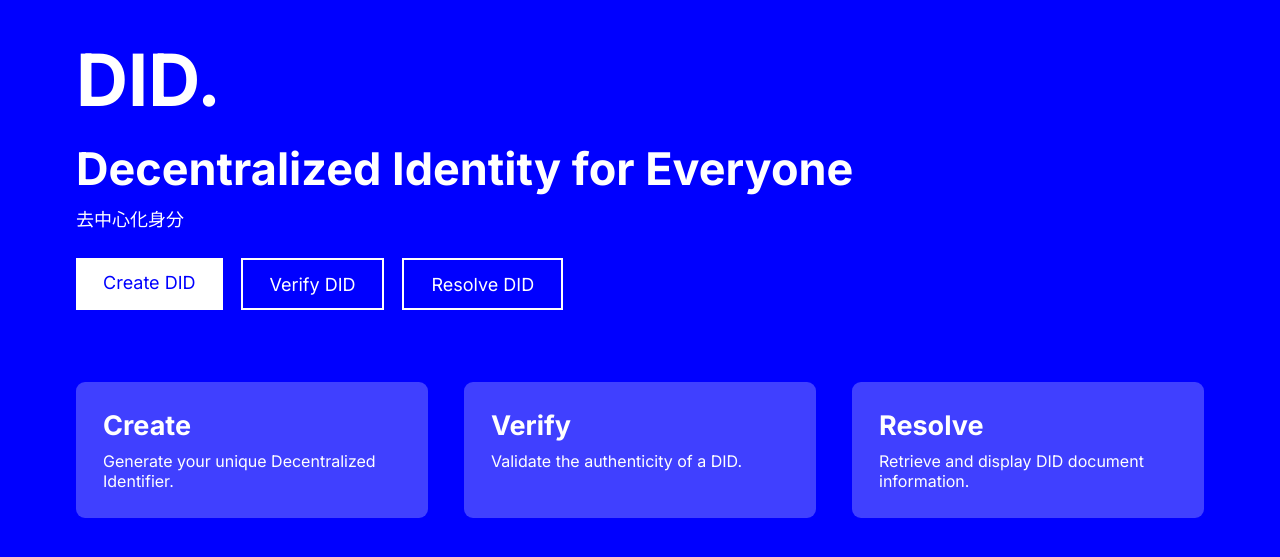
Repository: a7351220/ethr_did_demo
Page: /
An editor plug-in stored every save of this project. The page is shown before and after the next save, followed by the edit.
The browser window is 1280 px wide. The pictures show the whole page.
The project was rebuilt for these pictures with package versions that can differ from the ones it lists, and the page was loaded fresh each time. The framework's server and built-in components were replaced by stand-ins that run in the browser. Also part of the build but not shown: next.config.mjs.

Above is the page before, as saved 2024-07-09 17:04:05.

### src/app/page.tsx
// app/page.tsx
import Link from 'next/link';

export default function Home() {
  return (
    <div className="container">
      <main>
        <section className="hero">
          <h1 className="title">DID.</h1>
          <h2 className="subtitle">Decentralized Identity for Everyone</h2>
          <p className="description">去中心化身分</p>
          <div className="cta-buttons">
            <Link href="/did/create" className="cta-button primary">
              Create DID
            </Link>
            <Link href="/did/verify" className="cta-button secondary">
              Verify DID
            </Link>
            <Link href="/did/resolve" className="cta-button secondary">
              Resolve DID
            </Link>
          </div>
        </section>

        <section className="features">
          <div className="feature">
            <h3>Create</h3>
            <p>Generate your unique Decentralized Identifier.</p>
          </div>
          <div className="feature">
            <h3>Verify</h3>
            <p>Validate the authenticity of a DID.</p>
          </div>
          <div className="feature">
            <h3>Resolve</h3>
            <p>Retrieve and display DID document information.</p>
          </div>
        </section>
      </main>
    </div>
  );
}

### src/app/globals.css
/* app/globals.css */
:root {
  --primary-color: #0000ff;
  --secondary-color: #4040ff;
  --text-color: #ffffff;
  --font-size-base: 16px;
}

* {
  box-sizing: border-box;
  padding: 0;
  margin: 0;
}

html,
body {
  max-width: 100vw;
  overflow-x: hidden;
  font-family: -apple-system, BlinkMacSystemFont, Segoe UI, Roboto, Oxygen,
    Ubuntu, Cantarell, Fira Sans, Droid Sans, Helvetica Neue, sans-serif;
  font-size: var(--font-size-base);
  background-color: var(--primary-color);
  color: var(--text-color);
}

a {
  color: inherit;
  text-decoration: none;
}

.container {
  min-height: 100vh;
  padding: 2rem;
}

.hero {
  text-align: center;
  margin-bottom: 4rem;
}

.title {
  font-size: 4rem;
  margin-bottom: 1rem;
}

.subtitle {
  font-size: 2.5rem;
  margin-bottom: 0.5rem;
}

.description {
  font-size: 1rem;
  margin-bottom: 1.5rem;
}

.cta-buttons {
  display: flex;
  justify-content: center;
  gap: 1rem;
  flex-wrap: wrap;
}

.cta-button {
  padding: 0.75rem 1.5rem;
  font-size: 1rem;
  cursor: pointer;
  transition: background-color 0.3s ease;
}

.cta-button.primary {
  background-color: var(--text-color);
  color: var(--primary-color);
}

.cta-button.secondary {
  background-color: transparent;
  border: 2px solid var(--text-color);
  color: var(--text-color);
}

.features {
  display: grid;
  grid-template-columns: repeat(auto-fit, minmax(250px, 1fr));
  gap: 2rem;
  margin-top: 4rem;
}

.feature {
  background-color: var(--secondary-color);
  padding: 1.5rem;
  border-radius: 0.5rem;
}

.feature h3 {
  font-size: 1.5rem;
  margin-bottom: 0.5rem;
}

/* New styles for CreateDID and VerifyDID pages */
.input-group {
  display: flex;
  margin-bottom: 1rem;
}

.input {
  flex-grow: 1;
  padding: 0.5rem;
  font-size: 1rem;
  border: 1px solid var(--text-color);
  background-color: transparent;
  color: var(--text-color);
}

.result {
  margin-top: 2rem;
  padding: 1rem;
  background-color: rgba(255, 255, 255, 0.1);
  border-radius: 4px;
}

.result h2 {
  font-size: 1.2rem;
  margin-bottom: 0.5rem;
}

.did-value, .verify-result {
  font-family: monospace;
  word-break: break-all;
}

@media (min-width: 768px) {
  .hero {
    text-align: left;
  }

  .cta-buttons {
    justify-content: flex-start;
  }
}

@media (min-width: 1024px) {
  html {
    font-size: 18px;
  }

  .container {
    max-width: 1200px;
    margin: 0 auto;
  }
}

Loaded but not shown: src/app/layout.tsx (common file)

After the next save:
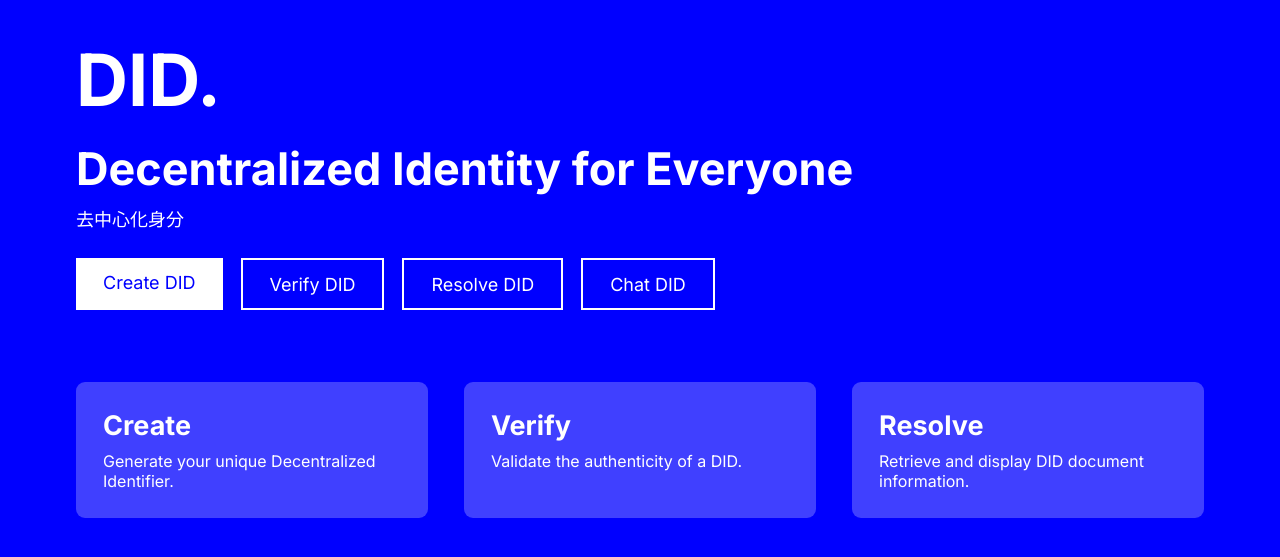
Saved 24 s later.
--- a/src/app/page.tsx
+++ b/src/app/page.tsx
@@ -18,6 +18,9 @@ export default function Home() {
             </Link>
             <Link href="/did/resolve" className="cta-button secondary">
               Resolve DID
+            </Link>
+            <Link href="/did/chat" className="cta-button secondary">
+              Chat DID
             </Link>
           </div>
         </section>
